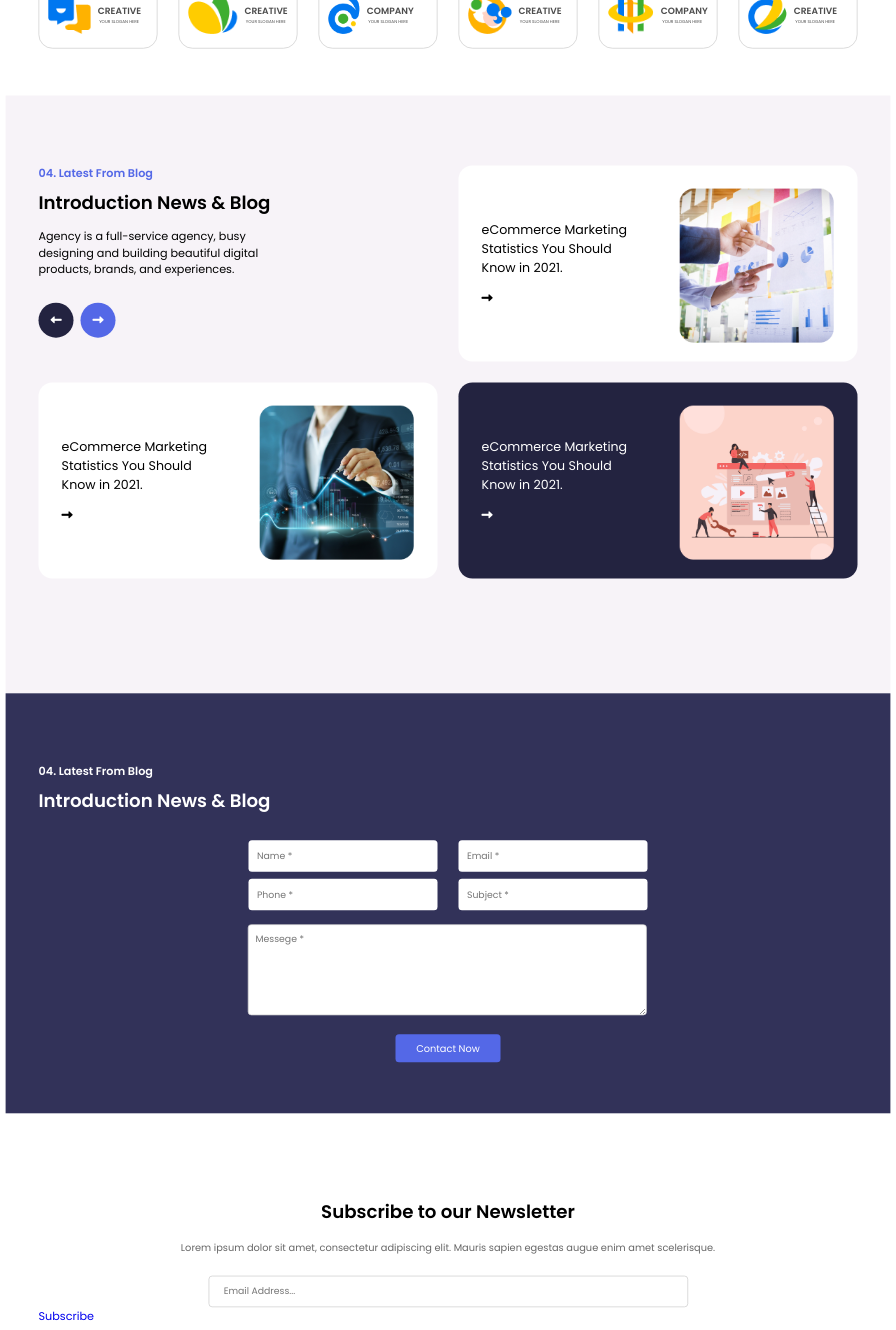
Repository: tranchi0120/LangdingPage-Htmlcss-Ago
Page: index.html
The author's editor kept a copy of each file at every save. The page is drawn from the files as they stood at one save, then again after the next save.
The browser window is 1280 px wide. The pictures show the part of the page from y = 3359 to 5279 px (the page is 5259 px tall before and 5279 px after), at 70% of full size.
Some web libraries are served in a nearby version. The style sheet was rebuilt from its Sass, Less or Tailwind sources for each picture, by a compiler version that may differ from the author's.

Above is the page before, as saved 2022-07-15 11:51:37.

After the next save:
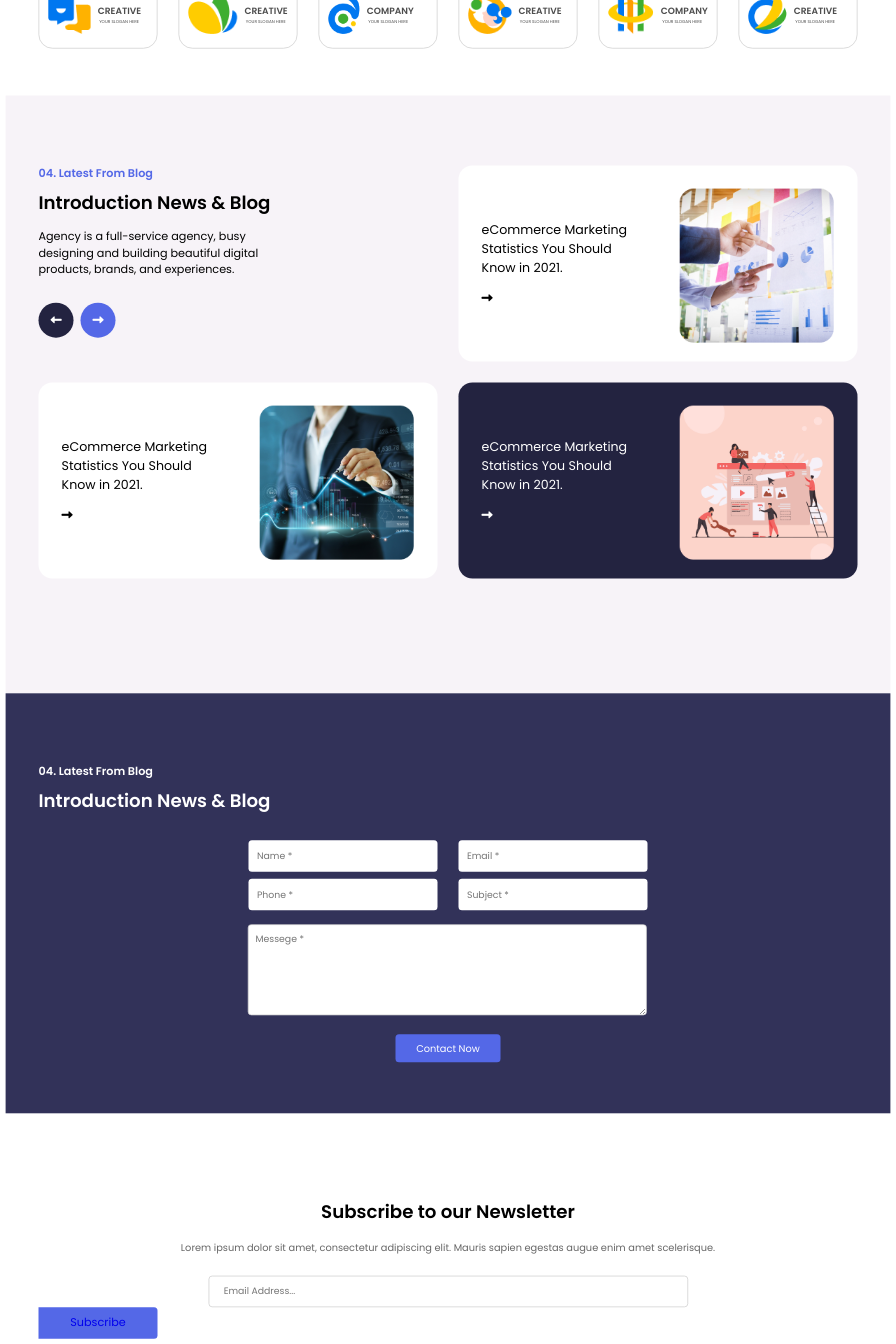
Saved 2 min 45 s later.
--- a/sass/_subscribe.scss
+++ b/sass/_subscribe.scss
@@ -26,4 +26,12 @@
         width: 685px;
         height: 45px;
     }
+    &-button {
+        text-align: center;
+        background: #5468e7;
+        width: 170px;
+        height: 45px;
+        padding: 9px;
+        border-radius: 0px 5px 5px 0;
+    }
 }
